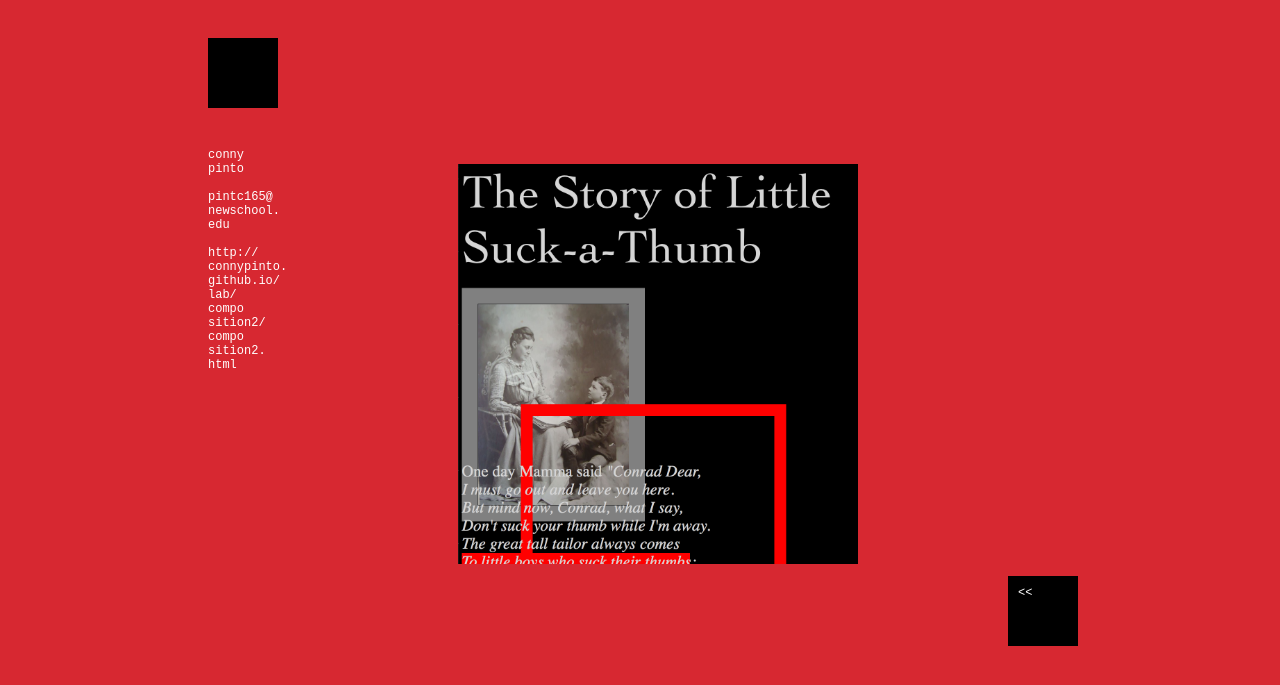
Repository: raghu225/raghu225.github.io
Page: archive/n_conny.html
The author's editor kept a record of every edit. The page is drawn from the files as they stood at one moment, then again after the next edit.
The browser window is 1280 px wide. The pictures show the whole page.

Above is the page before.

### archive/n_conny.html
<html>

    <head>
        <title>Conny Pinto</title>
        <link href="assets/css/style.css" rel="stylesheet" type="text/css" />
    </head>

    <body>

    <div class="wrapper">

        <div class="black icon"></div>
        <p class="text">
            conny
            <br>
            pinto
            <br>
            <br>
            pintc165@
            <br>
            newschool.
            <br>
            edu
            <br>
            <br>
            http://
            <br>
            connypinto.
            <br>
            github.io/
            <br>
            lab/
            <br>
            compo
            <br>
            sition2/
            <br>
            compo
            <br>
            sition2.
            <br>
            html
        </p>

        <!--<div class="static-wrapper">-->
            <img class="static" src="assets/images/conny.png"/>
        <!--</div>-->
        <a href="index.html"><div class="prev"><p><<</p></div></a>
    </body>

</html>

### archive/assets/css/style.css
body {
    background-color: #d72831;
}

.wrapper {
    /*width: 1000px;*/
    /*margin-top: 20px;*/
    /*margin-left: 300px;*/
    /*position: absolute;*/
    display: inline-block;
    width: 100%
}

.background {
    margin-left: 60px;
    margin-top: 30px;
    width: 70px;
    height: 70px;
    /*border: solid white;*/
    /*display: inline block;*/
    box-shadow: 1px 1px 12px #000000;
    transition: all .6s ease-in-out;
}

.vertical1 {
  position: absolute;
  margin-left: -342px;
  margin-top: -170px;
}

.vertical2 {
    position: absolute;
    margin-left: -342px;
    margin-top: -70px;
}

.vertical3 {
    position: absolute;
    margin-left: -342px;
    margin-top: 130px;
}


.background:hover {
    transform: scale(1.1);
}

.black {
    background-color: #000;
    /*display: inline-block;*/
    /*float: left;*/
}

.white {
    background-color: #fff;
    /*width: 90px;*/
    /*height: 90px;*/
    /*float: right;*/
    display: inline-block;
}

.grey:hover {
    background-color: black;
}

.text {
    font-family: 'courier new', courier;
    color: white;
    font-size: 12px;
    font-weight: lighter;
    width: 70px;
    margin-left: 200px;
    margin-top: 30px;
}

.icon {
    margin-left: 200px;
    margin-top: 30px;
    width: 70px;
    height: 70px;
}

.prev {
    background-color: black;
    width: 70px;
    height: 70px;
    /*margin-right: 0px;*/
    margin-top: 10px;
    margin-left: 1000px;
    text-decoration: none;
    color: white;
}

.left {
    float: left;
}

.static {
    /*position: absolute;*/
    width: 400px;
    height: 400px;
    margin-top: -220px;
    margin-left: 450px;
}

.static-wrapper {
    width: 100%;
}

p {
    margin-left: 10px;
    padding-top: 10px;
    font-family: 'courier new', courier;
    color: white;
    font-size: 12px;
    font-weight: lighter;
    /*position: relative;*/
}

a {
    text-decoration: none;
    color: white;
}

After the next edit:
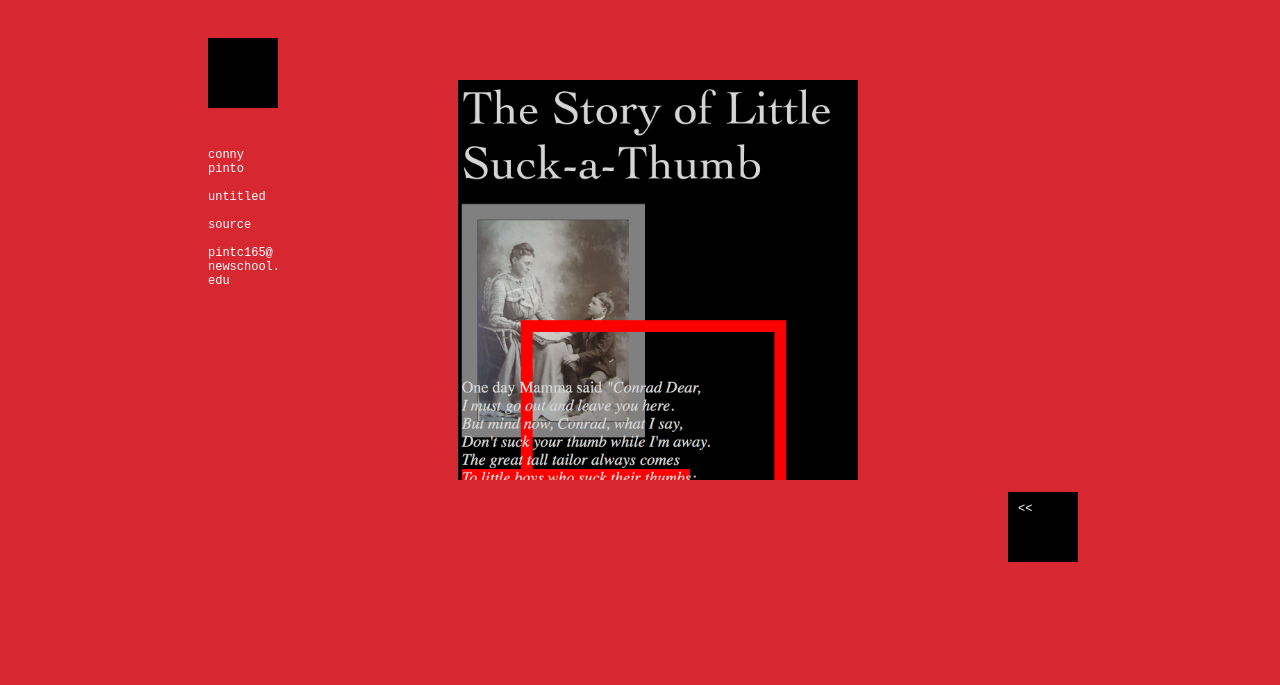
The edit:
--- a/archive/n_conny.html
+++ b/archive/n_conny.html
@@ -16,30 +16,17 @@
             pinto
             <br>
             <br>
+            untitled
+            <br>
+            <br>
+            <a href="http://diasm568.github.io/lab/composition.html">source</a>
+            <br>
+            <br>
             pintc165@
             <br>
             newschool.
             <br>
             edu
-            <br>
-            <br>
-            http://
-            <br>
-            connypinto.
-            <br>
-            github.io/
-            <br>
-            lab/
-            <br>
-            compo
-            <br>
-            sition2/
-            <br>
-            compo
-            <br>
-            sition2.
-            <br>
-            html
         </p>
 
         <!--<div class="static-wrapper">-->
